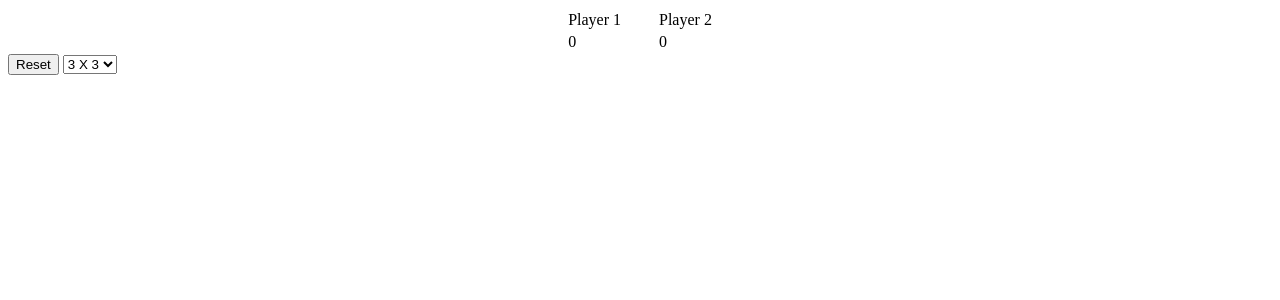
Repository: anas-essaguiar/epita.advancedWeb
Page: tictatoe/index.html
These files come from the project's save history. The page is drawn as it stood at one moment and after the next save; the edit follows.
The browser window is 1280 px wide. The pictures show the whole page.

Above is the page before, as saved 2021-04-23 15:57:40.

After the next save:
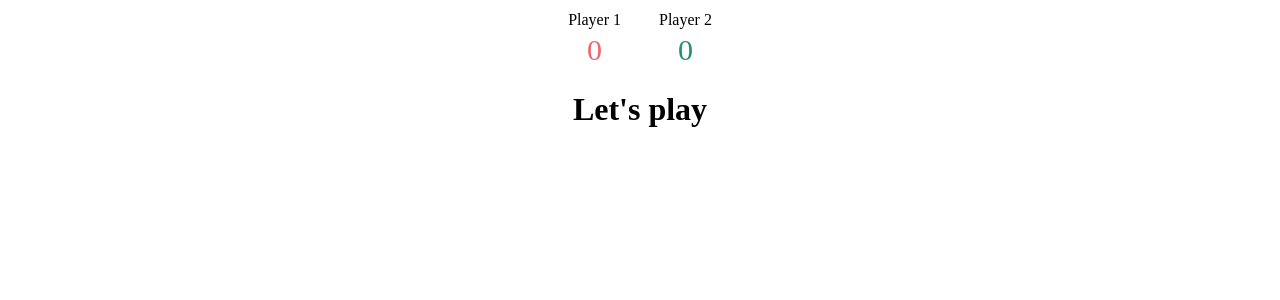
Console error: TypeError: Cannot set properties of null (setting 'innerHTML')
Saved 12 s later.
--- a/tictatoe/index.html
+++ b/tictatoe/index.html
@@ -1,41 +1,51 @@
-<table id="scoreboard" align="center">
-    <tr>
-        <td> Player 1 </td>
-        <td width="30"> &nbsp; </td>
-        <td> Player 2 </td>
-    </tr>
-    <tr>
-        <td class="score" id="player1">
-            0
-        </td>
-        <td> &nbsp; </td>
-        <td class="score" id="player2">
-            0
-        </td>
-    </tr>
-</table>
+<!DOCTYPE html>
+<html>
 
+<head>
+    <meta charset="UTF-8">
+    <title>TIC TAC TOE</title>
+    <link rel="stylesheet" href="style.css">
+</head>
 
-<div id="placeholder"></div>
+<body>
+    <table id="scoreboard" align="center">
+        <tr>
+            <td> Player 1 </td>
+            <td width="30"> &nbsp; </td>
+            <td> Player 2 </td>
+        </tr>
+        <tr>
+            <td class="score" id="player1">
+                0
+            </td>
+            <td> &nbsp; </td>
+            <td class="score" id="player2">
+                0
+            </td>
+        </tr>
+    </table>
+    <div>
+        <h1>Let's play</h1>
+        <table id="table1" align="center">
+            <tr>
+                <td class="col"></td>
+                <td class="col"></td>
+                <td class="col"></td>
+            </tr>
+            <tr>
+                <td class="col"></td>
+                <td class="col"></td>
+                <td class="col"></td>
+            </tr>
+            <tr>
+                <td class="col"></td>
+                <td class="col"></td>
+                <td class="col"></td>
+            </tr>
+        </table>
+    </div>
 
+    <script type="text/javascript" defer src="js/app.js"></script>
+</body>
 
-<button onclick="restart()">
-    Reset
-</button>
-<select onchange="restart(this.value)">
-    <option value="2">
-        2 X 2
-    </option>
-    <option value="3" selected="">
-        3 X 3
-    </option>
-    <option value="4">
-        4 X 4
-    </option>
-    <option value="5">
-        5 X 5
-    </option>
-    <option value="6">
-        6 X 6
-    </option>
-</select>
+</html>
